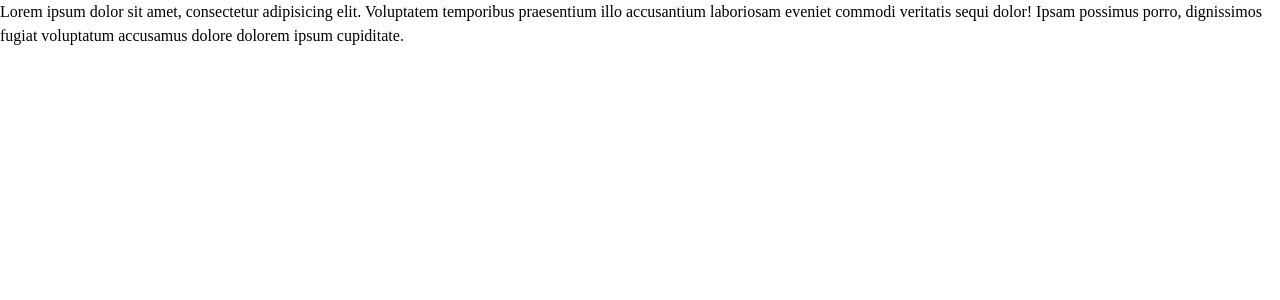
Repository: nguyenkien12345/Master-Css
Page: 1 so thuoc tinh css dac biet/index.html
These files come from the project's save history. The page is drawn as it stood at one moment and after the next save; the edit follows.
The browser window is 1280 px wide. The pictures show the whole page.

Above is the page before, as saved 2023-09-10 22:47:51.

After the next save:
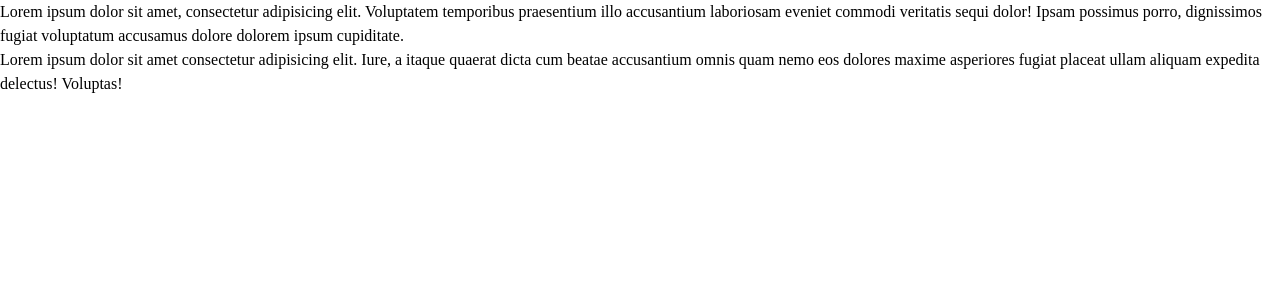
Saved 23 s later.
--- a/1 so thuoc tinh css dac biet/index.html
+++ b/1 so thuoc tinh css dac biet/index.html
@@ -128,5 +128,8 @@
     <section>
       <p>Lorem ipsum dolor sit amet, consectetur adipisicing elit. Voluptatem temporibus praesentium illo accusantium laboriosam eveniet commodi veritatis sequi dolor! Ipsam possimus porro, dignissimos fugiat voluptatum accusamus dolore dolorem ipsum cupiditate.</p>
     </section>
+    <main>
+      <p>Lorem ipsum dolor sit amet consectetur adipisicing elit. Iure, a itaque quaerat dicta cum beatae accusantium omnis quam nemo eos dolores maxime asperiores fugiat placeat ullam aliquam expedita delectus! Voluptas!</p>
+    </main>
 </body>
 </html>
